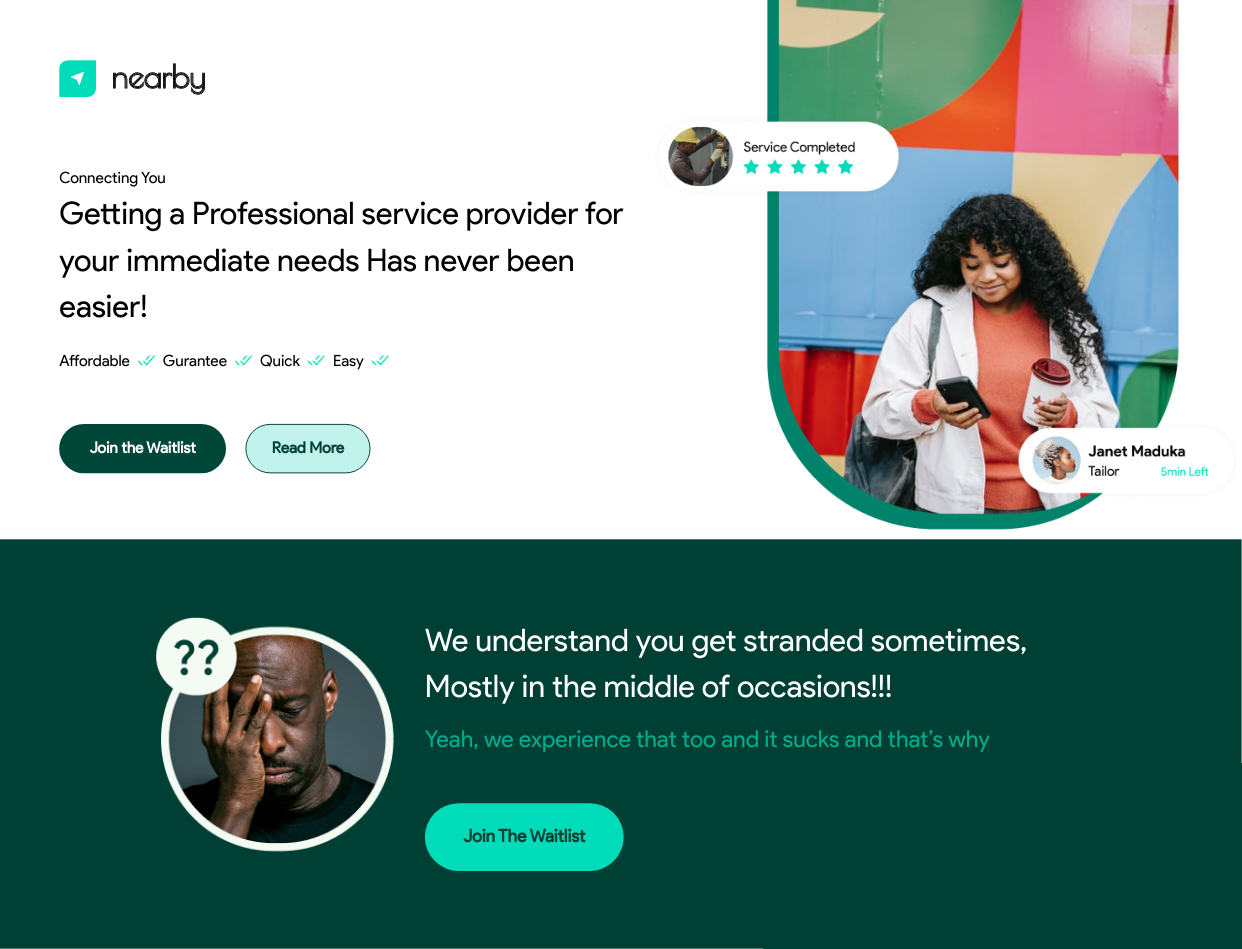
Repository: Eugene44-hub/Mearby
Page: /
An editor plug-in stored every save of this project. The page is shown before and after the next save, followed by the edit.
The browser window is 1280 px wide. The pictures show the whole page, at 97% of full size.
The project was rebuilt for these pictures with package versions that can differ from the ones it lists, and the page was loaded fresh each time.

Above is the page before, as saved 2022-04-30 07:38:14.

After the next save:
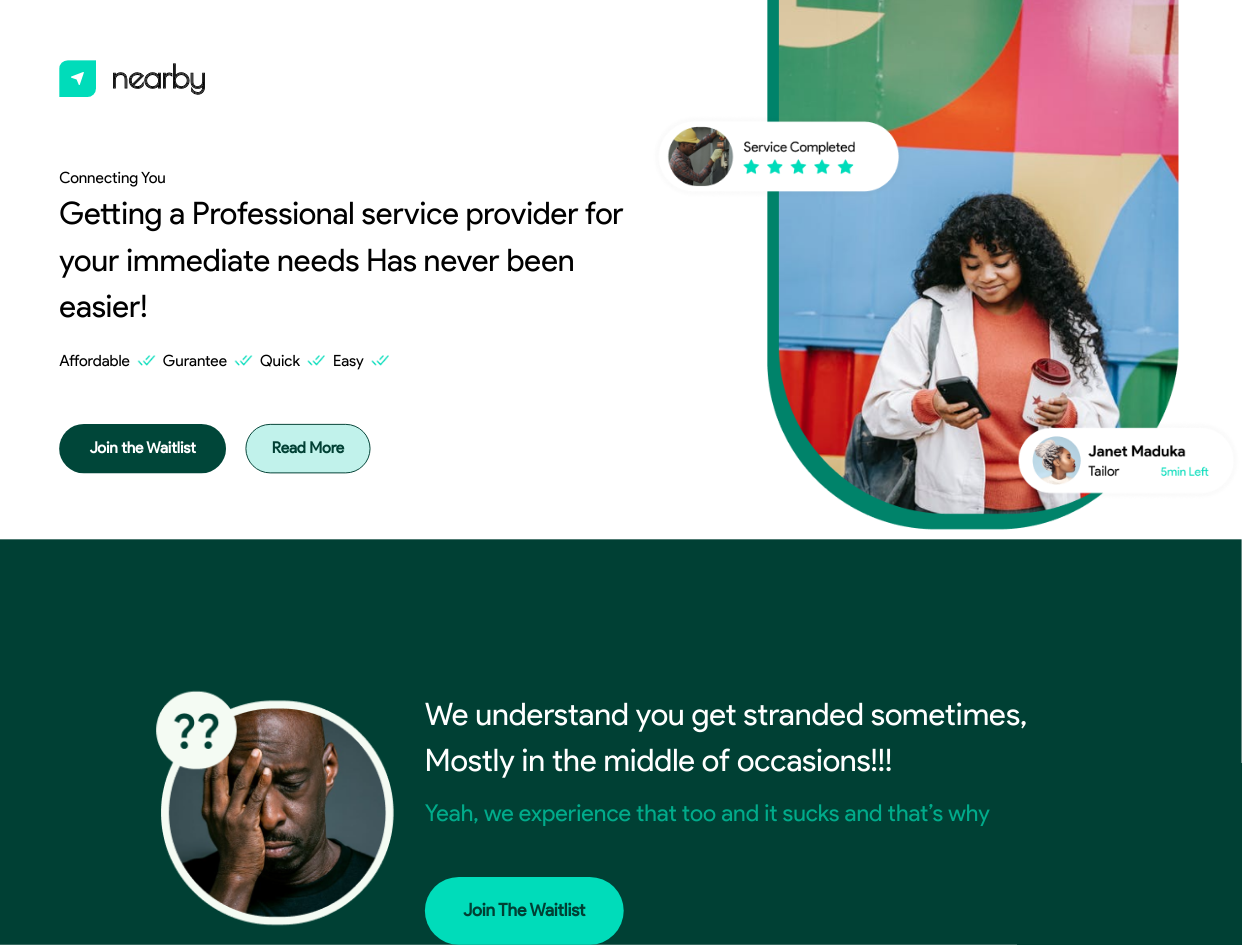
Saved 11 s later.
--- a/src/components/understand/Understand.tsx
+++ b/src/components/understand/Understand.tsx
@@ -4,7 +4,7 @@ import WaitLight from "../../components/Buttons/WaitLight"
 const Understand = () => {
   return (
     <div className='bg-[#004034]'>
- <div className='container  md:px-0 px-5 pt-[9.75rem] md:py-[5rem] md:pl-[61px] md:pr-[27px] md:flex justify-center  relative mt-[20rem]'>
+ <div className='container  md:px-0 px-5 pt-[9.75rem] md:py-[ pb-[5.938rem]] md:pl-[61px] md:pr-[27px] md:flex justify-center  relative mt-[20rem]'>
 
 <img src={understand} className=" absolute block md:hidden translate-x-[-50%] left-[50%] top-[-20%]" alt="understand" />
 <div className='md:block hidden mr-[2rem]'>
